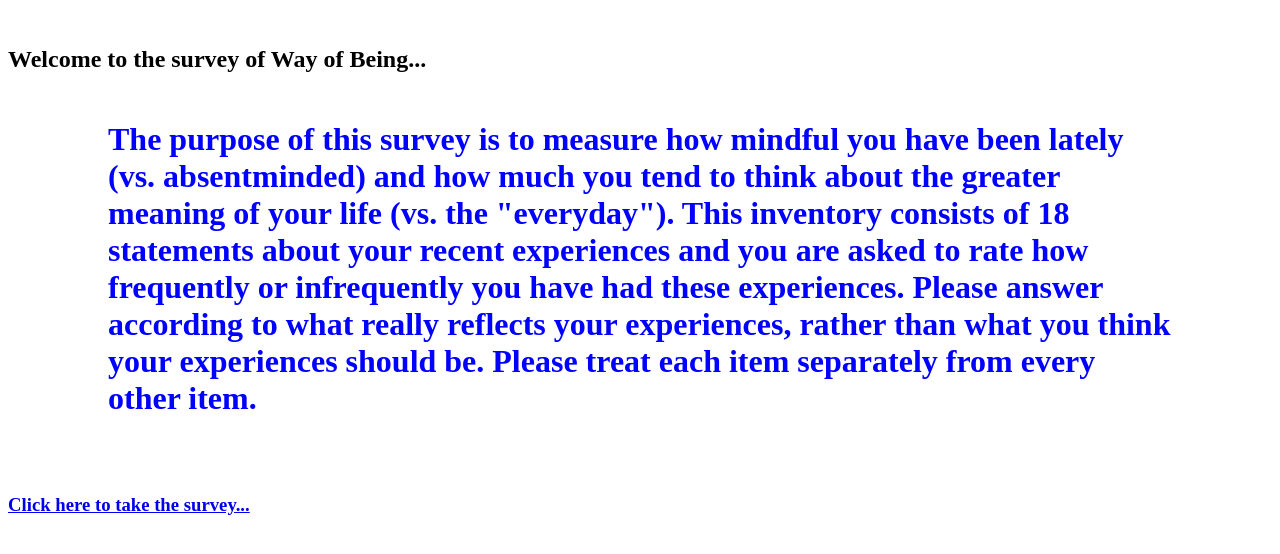
Repository: onlinechetan/WayOfBeing
Page: http://localhost/wayofbeing/
An editor plug-in stored every save of this project. The page is shown before and after the next save, followed by the edit.
The browser window is 1280 px wide. The pictures show the whole page.
The page is served by Tomcat 9. Other server files are loaded and not shown.

Above is the page before, as saved 2015-11-07 21:43:59.

### wayofbeing/WebContent/index.jsp
<html>
<head>
<title>Way of Being!!! </title>
<style>
h1 {
    display: block;
    font-size: 2em;
    margin-top: 0.67em;
    margin-bottom: 0.67em;
    margin-left: 100;
    margin-right: 100;
    color:blue;
    font-weight: bold;
}
</style>
</head>
<body>
	<br>
	<div style="text-align:left">
		<h2 >
			Welcome to the survey of Way of Being...<br> <br>
		</h2>
		<h1>
		The purpose of this survey is to measure how mindful you have been lately (vs. absentminded) and how much you tend to think about the greater meaning of your life (vs. the "everyday"). This inventory consists of 18 statements about your recent experiences and you are asked to rate how frequently or infrequently you have had these experiences. Please answer according to what really reflects your experiences, rather than what you think your experiences should be. Please treat each item separately from every other item.
		</h1>
		<br>
		<br>
		<h3>
			<a href="welcome.jsp">Click here to take the survey... </a>
		</h3>
	</div>
</body>
</html>

After the next save:
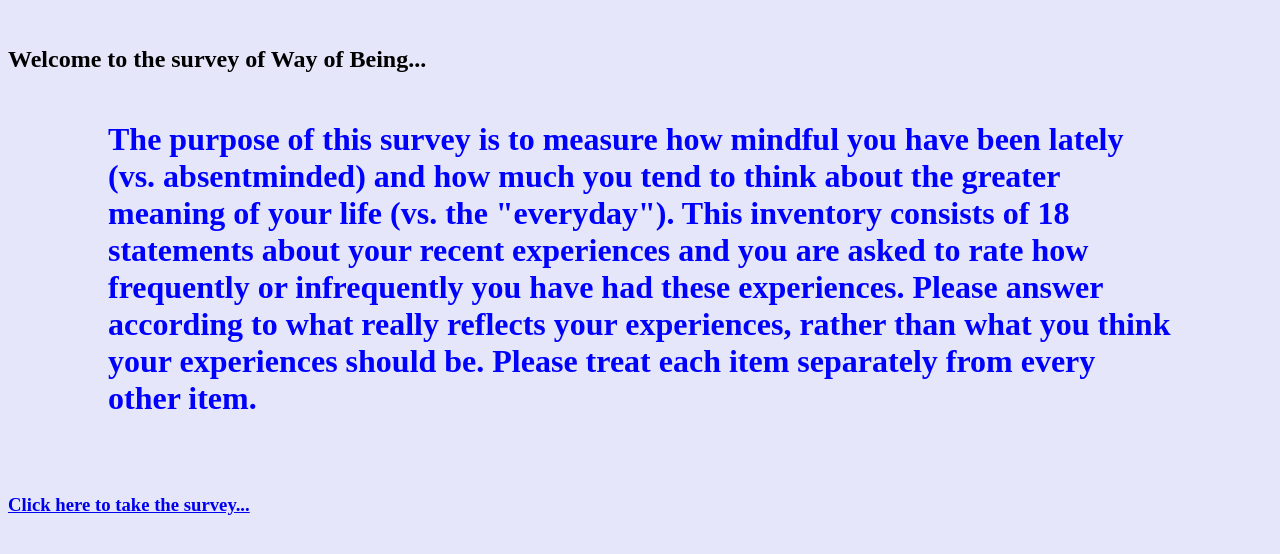
Saved 40 s later.
--- a/wayofbeing/WebContent/index.jsp
+++ b/wayofbeing/WebContent/index.jsp
@@ -14,7 +14,7 @@ h1 {
 }
 </style>
 </head>
-<body>
+<body bgcolor="#E6E6FA">
 	<br>
 	<div style="text-align:left">
 		<h2 >
